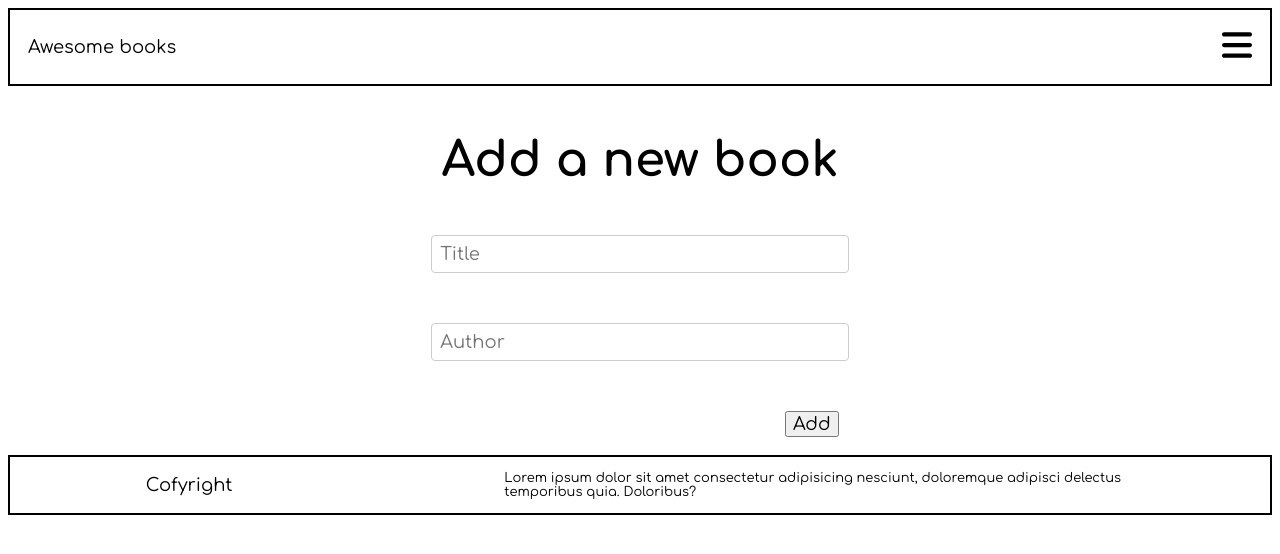
Repository: Salimer/Awesome-books
Page: index.html
These files come from the project's save history. The page is drawn as it stood at one moment and after a run of saves; the edit follows.
The browser window is 1280 px wide. The pictures show the whole page.
The style sheet was rebuilt from its Sass, Less or Tailwind sources for each picture, by a compiler version that may differ from the author's.

Above is the page before, as saved 2023-04-26 12:03:29.

After the next 2 saves:
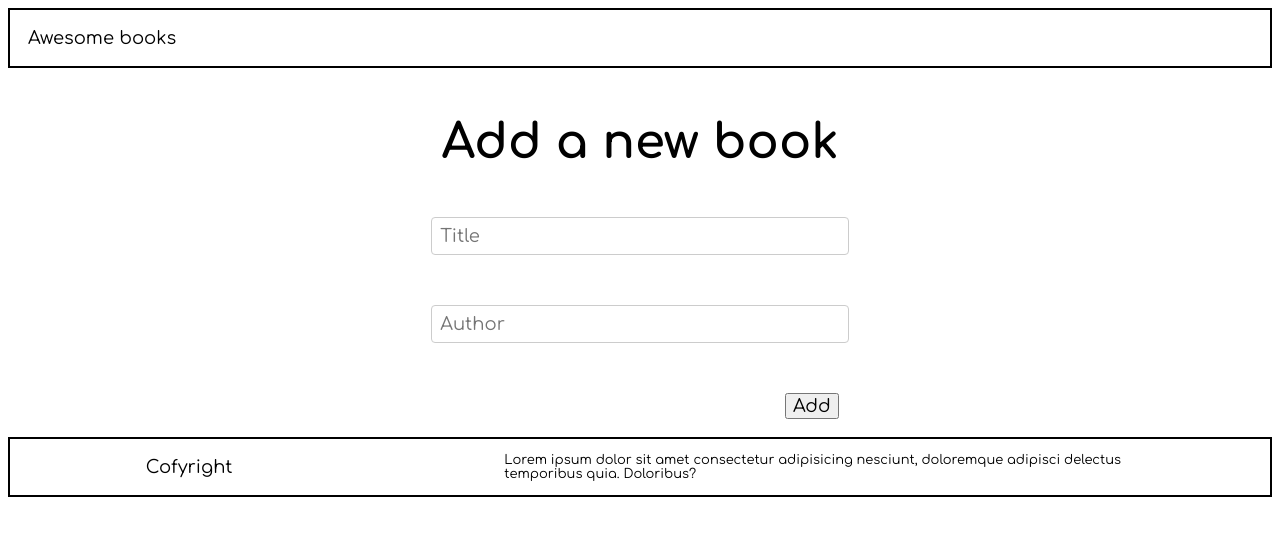
The 2 saves are shown as one change because they came seconds apart.
The last was saved 6 s later.
--- a/script.js
+++ b/script.js
@@ -34,7 +34,7 @@ contactNav.addEventListener('click', () => {
 
 // Query selector for mobile navigation
 if (window.matchMedia("(min-width: 768px)").matches) {
-  hamburger.classList.add
+  hamburger.classList.add('hide');
 }
 
 /* eslint-disable max-classes-per-file */
